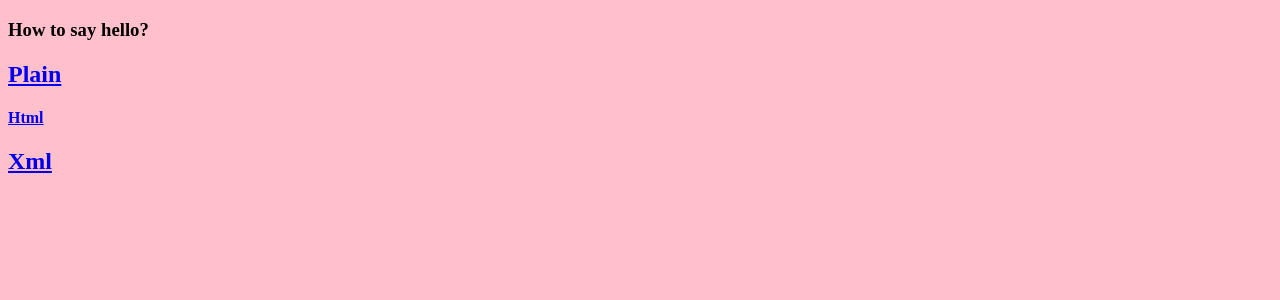
Repository: Pallavijoshii/Zen_Training
Page: RESTfulWebServices/TrivagoHotels/WebContent/index.html
The author's editor kept a copy of each file at every save. The page is drawn from the files as they stood at one save, then again after the next save.
The browser window is 1280 px wide. The pictures show the whole page.

Above is the page before, as saved 2019-07-25 18:52:28.

### RESTfulWebServices/TrivagoHotels/WebContent/index.html
<!DOCTYPE html>
<html>
<head>
<meta charset="ISO-8859-1">
<title>Trivago Home</title>
<style type="text/css">
body {
  background-color:pink;

}

</style>

</head>
<body>
 <h3>How to say hello?</h3>
 <h2><a href="http://localhost:8084/HelloServices/zenrest/zenHello">Plain</a></h2>
 <h4><a href="http://localhost:8084/HelloServices/zenrest/zenHello/welcome">Html</a></h4>
 <h2><a href="http://localhost:8084/HelloServices/zenrest/zenHellowelcomexml">Xml</a></h2>
</body>
</html>

After the next save:
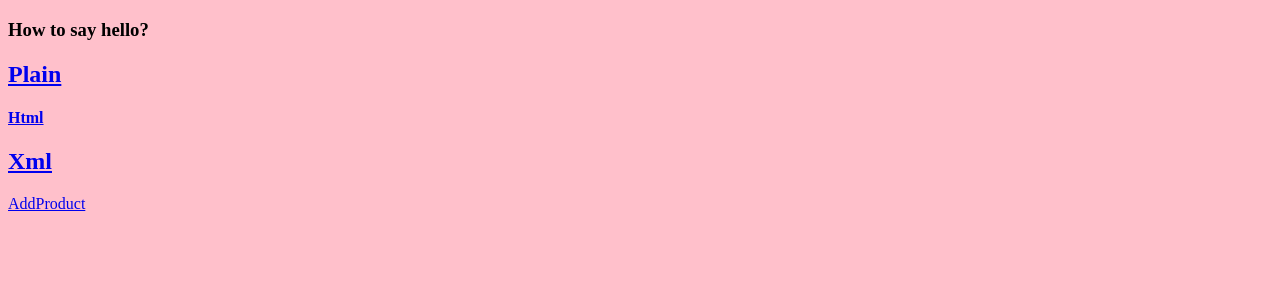
Saved 19 min 19 s later.
--- a/RESTfulWebServices/TrivagoHotels/WebContent/index.html
+++ b/RESTfulWebServices/TrivagoHotels/WebContent/index.html
@@ -17,5 +17,7 @@ body {
  <h2><a href="http://localhost:8084/HelloServices/zenrest/zenHello">Plain</a></h2>
  <h4><a href="http://localhost:8084/HelloServices/zenrest/zenHello/welcome">Html</a></h4>
  <h2><a href="http://localhost:8084/HelloServices/zenrest/zenHellowelcomexml">Xml</a></h2>
+
+ <p><a href="AddProduct.html">AddProduct</a></p>
 </body>
 </html>
